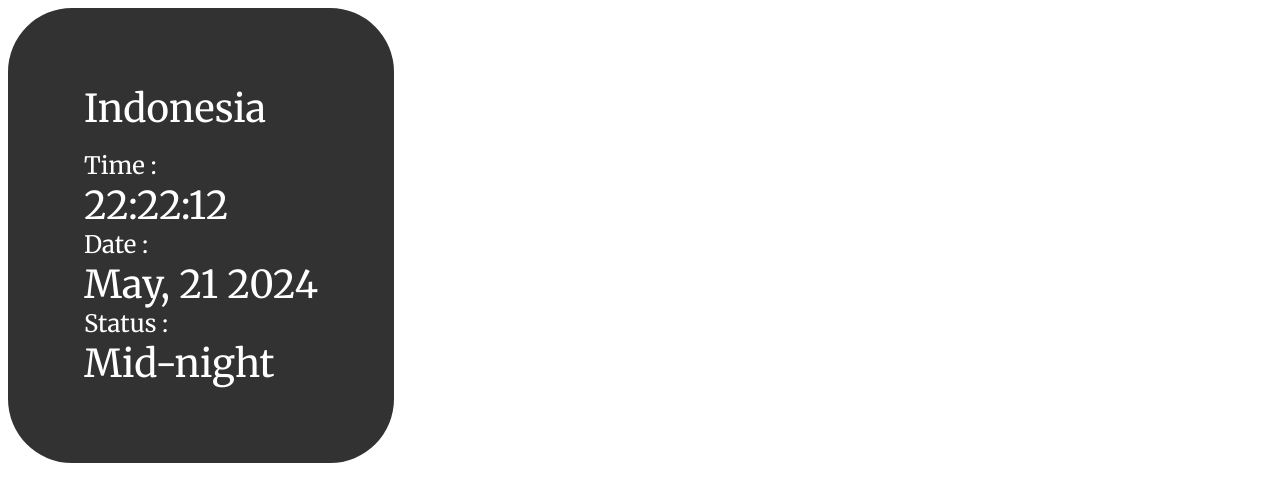
Repository: SnakeXrnt/notion-clock
Page: indonesia.html
An editor plug-in stored every save of this project. The page is shown before and after the next save, followed by the edit.
The browser window is 1280 px wide. The pictures show the whole page.

Above is the page before, as saved 2024-05-21 16:19:09.

After the next save:
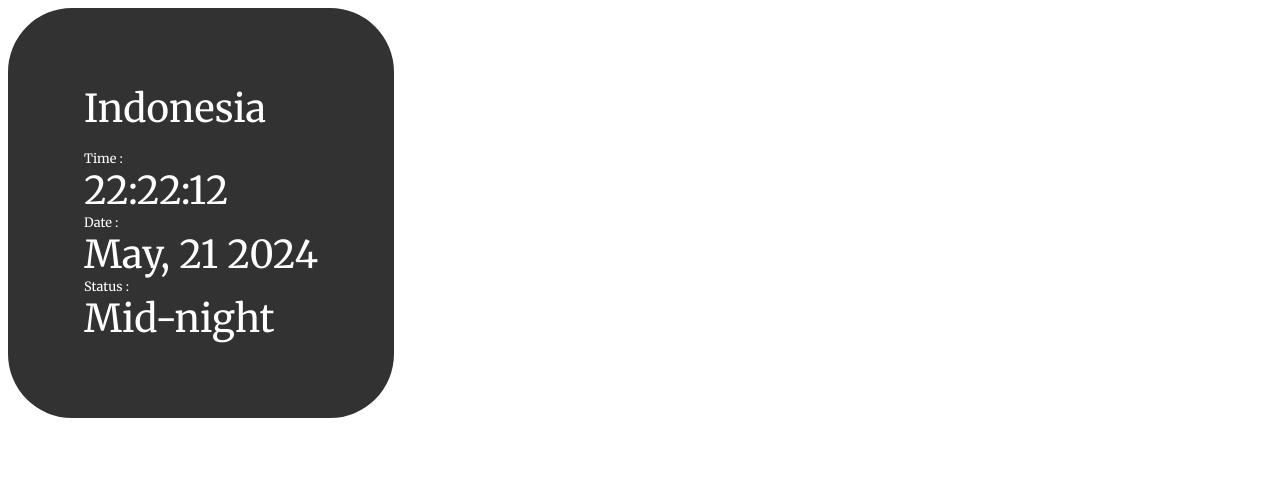
Saved 5 s later.
--- a/indonesia.html
+++ b/indonesia.html
@@ -19,7 +19,7 @@
         h1 {
             font-size: 3vw;
         }
-        h3 {
+        h2 {
             font-size: 1vw;
         }
 
